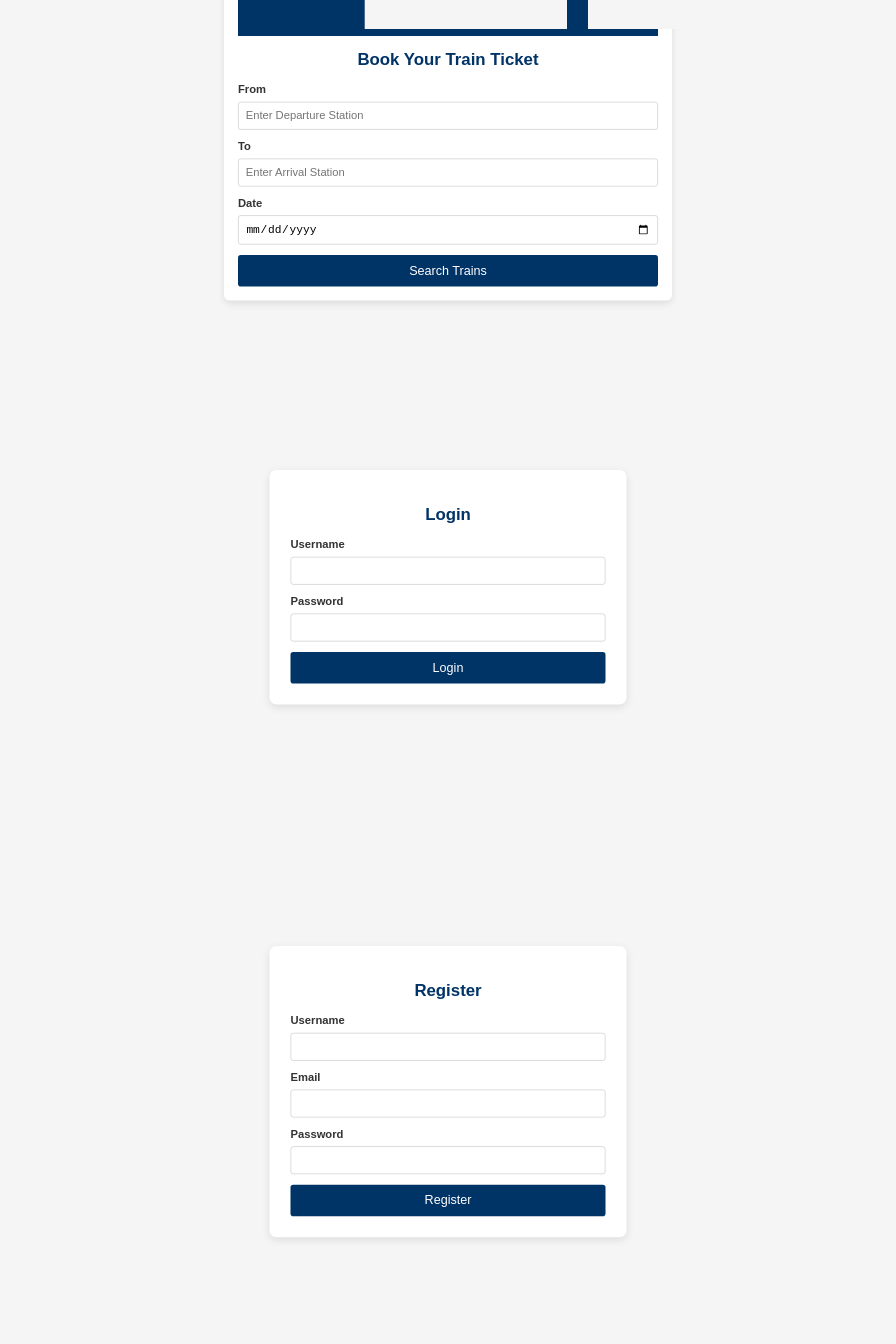
Repository: ssaddamhuss100/IRCTC-Clone
Page: /
An editor plug-in stored every save of this project. The page is shown before and after a run of saves, followed by the edit.
The browser window is 1280 px wide. The pictures show the part of the page from y = 759 to 2679 px (the page is 2679 px tall before and 1959 px after), at 70% of full size.
The project was rebuilt for these pictures with package versions that can differ from the ones it lists, and the page was loaded fresh each time. Also part of the build but not shown: vite.config.js.

Above is the page before, as saved 2025-01-19 11:42:53.

### src/App.jsx
import React, { useEffect } from "react";
import Homepage from "./pages/Homepage/Homepage";
import Login from "./pages/Login/Login";
import Register from "./pages/Register/Register";
import ClassBasedComponent from "./pages/ClassBasedComponent";
import FunctionalComponent from "./pages/FunctionalComponent";

const App = () => {
  return (
    <div>
      <Homepage/>
      <Login/>
      <Register/>
      {/* <ClassBasedComponent initialCount = {10} />
      <hr />
      <FunctionalComponent  initialCount = {10} /> */}
    </div>
  );
};

export default App;

### src/pages/Homepage/Homepage.jsx
import React from "react";
import "./HomePage.css";
import Navbar from "../../components/Navbar/Navbar";
const HomePage = () => {

  return (
    <div className="homepage">
      <Navbar/>
      <h2>Book Your Train Ticket</h2>
      <form>
        <div className="form-group">
          <label htmlFor="from">From</label>
          <input
            type="text"
            id="from"
            placeholder="Enter Departure Station"
            required
          />
        </div>
        <div className="form-group">
          <label htmlFor="to">To</label>
          <input
            type="text"
            id="to"
            placeholder="Enter Arrival Station"
            required
          />
        </div>
        <div className="form-group">
          <label htmlFor="date">Date</label>
          <input type="date" id="date" required />
        </div>
        <button type="submit">Search Trains</button>
      </form>
    </div>
  );
};


export default HomePage;

### src/pages/Login/Login.jsx
import React from "react";
import "./Login.css";

const Login = () => {
  return (
    <div className="login-container">
      <div className="login-box">
        <h2>Login</h2>

        <form>

          <div className="form-group">
            <label htmlFor="username">Username</label>
            <input type="text" id="username" required />
          </div>

          <div className="form-group">
            <label htmlFor="password">Password</label>
            <input type="password" id="password" required />
          </div>

          <button type="submit">Login</button>

        </form>

      </div>
    </div>
  );
};

export default Login;

### src/pages/Register/Register.jsx
import React from "react";
import "./Register.css";

const Register = () => {
  return (
    <div className="register-container">
      <div className="register-box">
        <h2>Register</h2>

        <form>

          <div className="form-group">
            <label htmlFor="username">Username</label>
            <input type="text" id="username" required />
          </div>

          <div className="form-group">
            <label htmlFor="email">Email</label>
            <input type="email" id="email" required />
          </div>

          <div className="form-group">
            <label htmlFor="password">Password</label>
            <input type="password" id="password" required />
          </div>

          <button type="submit">Register</button>

        </form>

      </div>
    </div>
  );
};

export default Register;

### src/pages/Homepage/Homepage.css
body {
  margin: 0;
  font-family: Arial, sans-serif;
  background-color: #f5f5f5;
}

.homepage {
  background-color: white;
  padding: 20px;
  margin: 50px auto;
  border-radius: 8px;
  max-width: 600px;
  box-shadow: 0 4px 10px rgba(0, 0, 0, 0.1);
}

h2 {
  color: #003366;
  text-align: center;
  margin-bottom: 20px;
  font-size: 24px;
  font-weight: 700;
}

form {
  display: flex;
  flex-direction: column;
  gap: 15px;
}

.form-group {
  display: flex;
  flex-direction: column;
}

.form-group label {
  font-size: 16px;
  font-weight: 600;
  color: #333;
  margin-bottom: 8px;
}

.form-group input {
  padding: 10px;
  border: 1px solid #ccc;
  border-radius: 4px;
  font-size: 16px;
  transition: border-color 0.3s;
}

.form-group input:focus {
  border-color: #003366;
}

button[type="submit"] {
  background-color: #003366;
  color: white;
  padding: 12px;
  border: none;
  border-radius: 4px;
  font-size: 18px;
  cursor: pointer;
  transition: background-color 0.3s;
}

button[type="submit"]:hover {
  background-color: #005b99;
}

@media (max-width: 768px) {
  .homepage {
    margin: 20px;
    padding: 15px;
  }
}

### src/components/navbar/Navbar.jsx
import React from "react";
import "./Navbar.css";
import Login from "../../pages/Login/Login";
import Register from "../../pages/Register/Register";

const Navbar = () => {
  return (
    <nav className="navbar">
      <h1>IRCTC</h1>
      <ul>
        <li>
          <a href="/">Home</a>
        </li>
        <li>
          <a href="/login"><Login/></a>
        </li>
        <li>
          <a href="/register"><Register/></a>
        </li>
      </ul>
    </nav>
  );
};

export default Navbar;

### src/pages/Login/Login.css
/* Outer container to center the form on the page */
.login-container {
  display: flex;
  justify-content: center; /* Center horizontally */
  align-items: center; /* Center vertically */
  min-height: 100vh; /* Full viewport height */
  background-color: #f5f5f5; /* Light gray background */
}

/* Form box layout similar to IRCTC */
.login-box {
  background-color: #ffffff; /* White background for form */
  padding: 30px;
  border-radius: 10px; /* Rounded corners */
  box-shadow: 0 4px 12px rgba(0, 0, 0, 0.1); /* Soft shadow */
  width: 100%; /* Full width of container */
  max-width: 450px; /* Max width to limit form size */
}

/* Form heading */
.login-box h2 {
  text-align: center;
  color: #003366; /* IRCTC blue color for heading */
  margin-bottom: 20px;
}

### src/pages/Register/Register.css
/* Outer container to center the form on the page */
.register-container {
    display: flex;
    justify-content: center; /* Center horizontally */
    align-items: center; /* Center vertically */
    min-height: 100vh; /* Full viewport height */
    background-color: #f5f5f5; /* Light gray background */
  }

  /* Form box layout similar to IRCTC */
  .register-box {
    background-color: #ffffff; /* White background for form */
    padding: 30px;
    border-radius: 10px; /* Rounded corners */
    box-shadow: 0 4px 12px rgba(0, 0, 0, 0.1); /* Soft shadow */
    width: 100%; /* Full width of container */
    max-width: 450px; /* Max width to limit form size */
  }

  /* Form heading */
  .register-box h2 {
    text-align: center;
    color: #003366; /* IRCTC blue color for heading */
    margin-bottom: 20px;
  }

### src/components/navbar/navbar.css
.navbar {
    display: flex;
    justify-content: space-between;
    align-items: center;
    background-color: #003366;
    padding: 10px 20px;
    color: white;
  }

  .navbar h1 {
    margin: 0;
  }

  .navbar ul {
    list-style-type: none;
    margin: 0;
    padding: 0;
    display: flex;
  }

  .navbar li {
    margin: 0 15px;
  }

  .navbar a {
    color: white;
    text-decoration: none;
    font-size: 16px;
  }

  .navbar a:hover {
    text-decoration: underline;
  }

Loaded but not shown: index.html (common file); src/main.jsx (common file); src/pages/ClassBasedComponent.jsx (no stored copy; drawn as an empty file); src/pages/FunctionalComponent.jsx (no stored copy; drawn as an empty file)

After the next 2 saves:
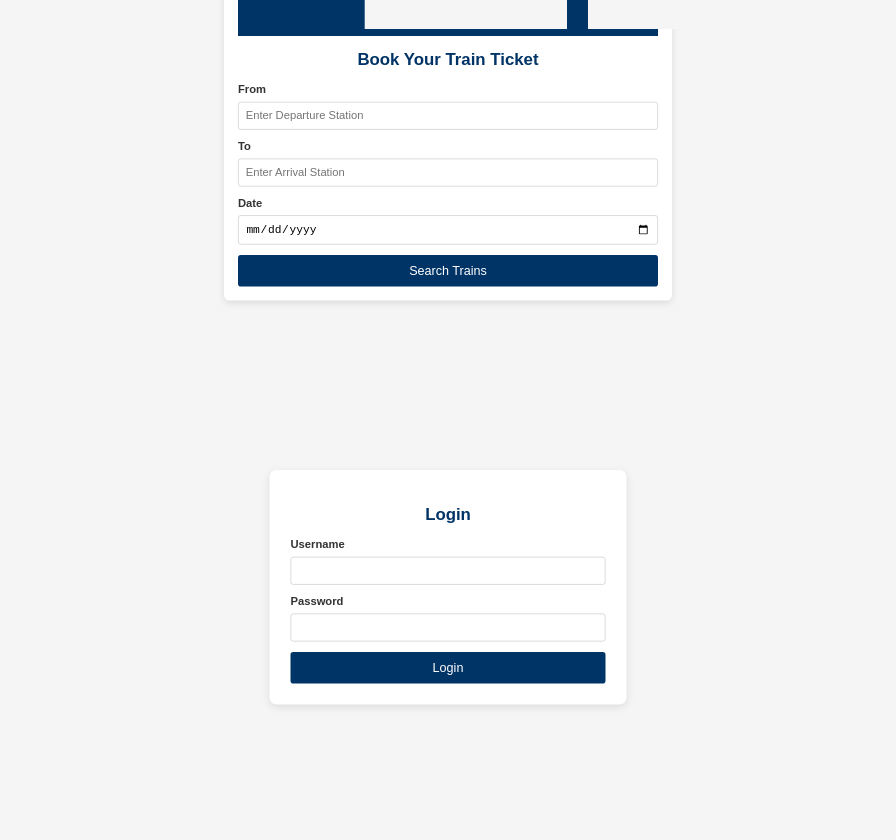
The 2 saves are shown as one change because they came seconds apart.
The last was saved 70 s later.
--- a/src/App.jsx
+++ b/src/App.jsx
@@ -10,10 +10,7 @@
     <div>
       <Homepage/>
       <Login/>
-      <Register/>
-      {/* <ClassBasedComponent initialCount = {10} />
-      <hr />
-      <FunctionalComponent  initialCount = {10} /> */}
+      {/* <Register/> */}
     </div>
   );
 };
